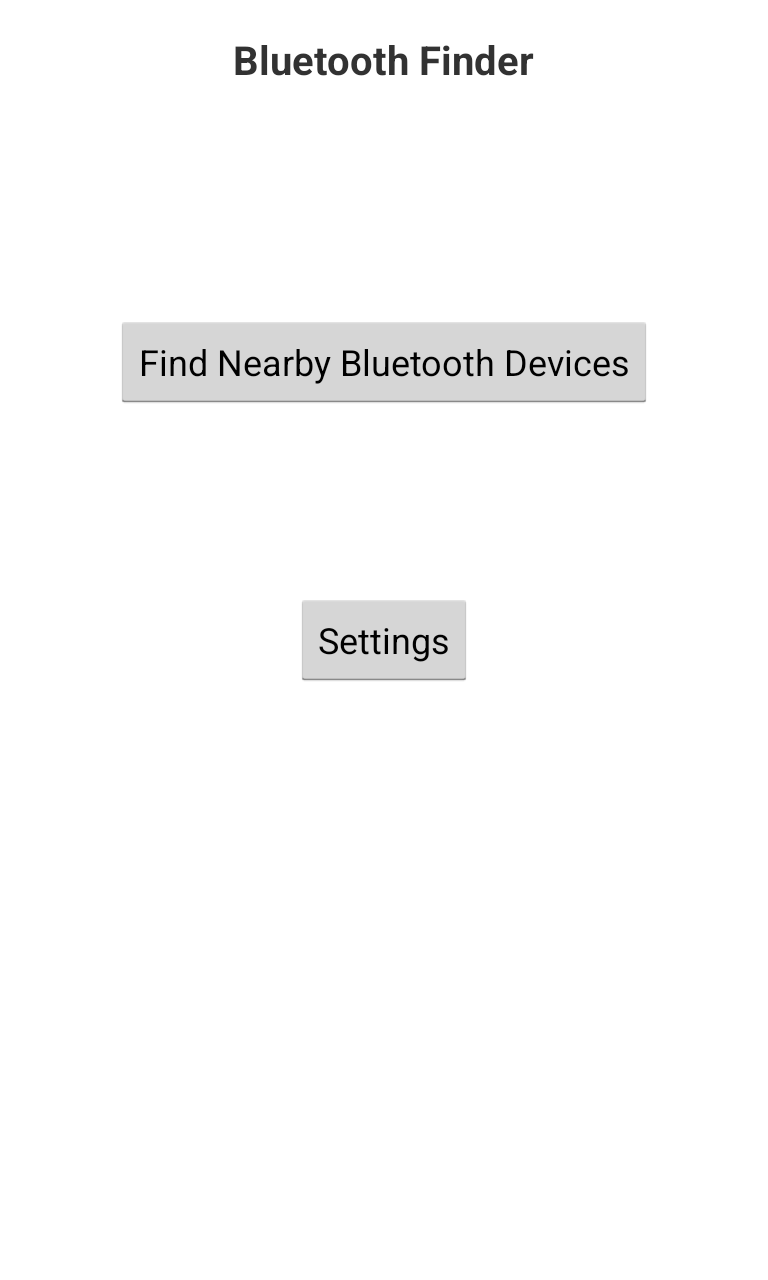
Repository: crodenkirch19/CS407
Layout: android/BluetoothFinder/res/layout/activity_main.xml
An editor plug-in stored every save of this project. The layout is shown before and after the next save, followed by the edit.
It is drawn on a 768 x 1280 px phone screen (xhdpi) without system bars, with theme AppTheme; the app's code is not run.

Above is the layout before, as saved 2014-02-15 19:53:50.

### android/BluetoothFinder/res/layout/activity_main.xml
<RelativeLayout xmlns:android="http://schemas.android.com/apk/res/android"
    xmlns:tools="http://schemas.android.com/tools"
    android:layout_width="match_parent"
    android:layout_height="match_parent"
    android:paddingBottom="@dimen/activity_vertical_margin"
    android:paddingLeft="@dimen/activity_horizontal_margin"
    android:paddingRight="@dimen/activity_horizontal_margin"
    android:paddingTop="@dimen/activity_vertical_margin"
    tools:context=".MainActivity" >

  	<TextView
        android:id="@+id/text_title"
        android:layout_width="wrap_content"
        android:layout_height="wrap_content"
        android:layout_centerHorizontal="true"
        android:text="@string/app_title"
        android:textSize="20sp"
        android:textStyle="bold" />

    <Button
        android:id="@+id/button_settings"
        android:layout_width="wrap_content"
        android:layout_height="wrap_content"
        android:layout_centerHorizontal="true"
        android:layout_centerVertical="true"
        android:onClick="onButtonClick"
        android:text="@string/button_settings" />

    <Button
        android:id="@+id/button_search"
        android:layout_width="wrap_content"
        android:layout_height="wrap_content"
        android:layout_above="@+id/button_settings"
        android:layout_centerHorizontal="true"
        android:layout_marginBottom="91dp"
        android:onClick="onButtonClick"
        android:text="@string/button_search" />

</RelativeLayout>

### android/BluetoothFinder/res/values/strings.xml
<?xml version="1.0" encoding="utf-8"?>
<resources>

    <string name="app_name">BluetoothFinder</string>
    <string name="action_settings">Settings</string>
    <string name="hello_world">Hello Kittens!</string>
    <string name="button_search">Find Nearby Bluetooth Devices</string>
    <string name="button_settings">Settings</string>
    <string name="app_title">Bluetooth Finder</string>

</resources>

Loaded but not shown: android/BluetoothFinder/res/values/styles.xml (common file); android/BluetoothFinder/res/values-v11/styles.xml (common file); android/BluetoothFinder/res/values-v14/styles.xml (common file); android/BluetoothFinder/res/values/dimens.xml (common file)

After the next save:
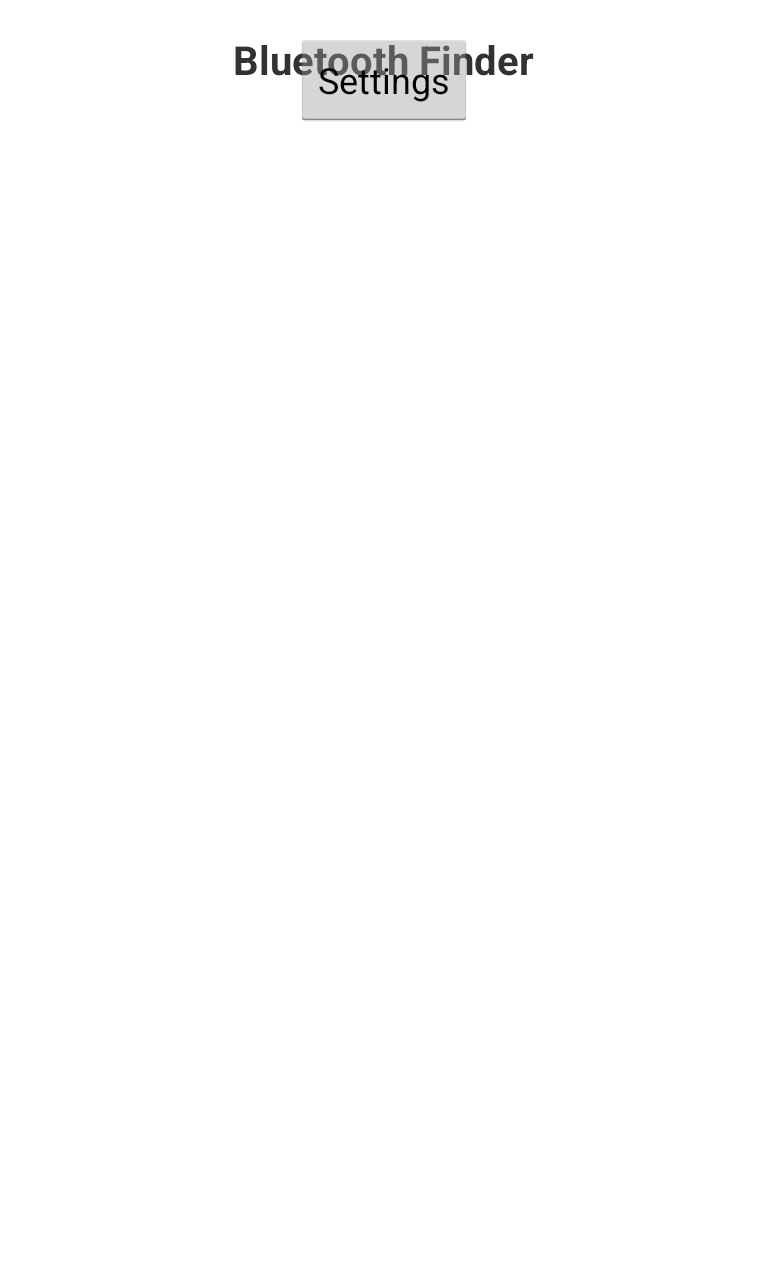
Saved 40 s later.
--- a/android/BluetoothFinder/res/layout/activity_main.xml
+++ b/android/BluetoothFinder/res/layout/activity_main.xml
@@ -18,15 +18,6 @@
         android:textStyle="bold" />
 
     <Button
-        android:id="@+id/button_settings"
-        android:layout_width="wrap_content"
-        android:layout_height="wrap_content"
-        android:layout_centerHorizontal="true"
-        android:layout_centerVertical="true"
-        android:onClick="onButtonClick"
-        android:text="@string/button_settings" />
-
-    <Button
         android:id="@+id/button_search"
         android:layout_width="wrap_content"
         android:layout_height="wrap_content"
@@ -36,4 +27,14 @@
         android:onClick="onButtonClick"
         android:text="@string/button_search" />
 
+    <Button
+        android:id="@+id/button_settings"
+        android:layout_width="wrap_content"
+        android:layout_height="wrap_content"
+        android:layout_centerHorizontal="true"
+
+        android:onClick="onButtonClick"
+        android:text="@string/button_settings" />
+
+
 </RelativeLayout>
